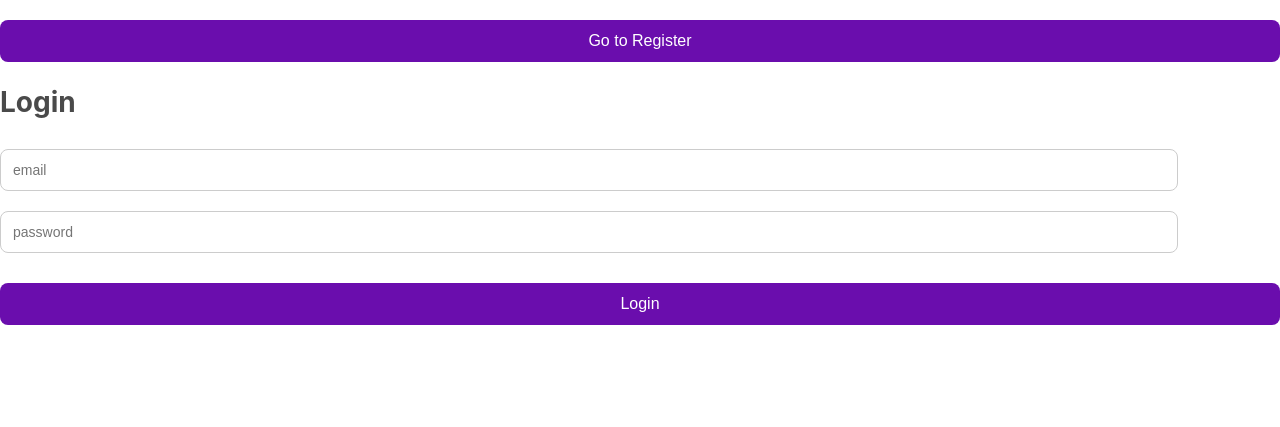
Repository: aab232/https---github.com-aab232-Deferred-Payment-Platform
Page: / (app in frontend/)
The author's editor kept a copy of each file at every save. The page is drawn from the files as they stood at one save, then again after the next save.
The browser window is 1280 px wide. The pictures show the whole page.
The project was rebuilt for these pictures with package versions that can differ from the ones it lists, and the page was loaded fresh each time. Also part of the build but not shown: frontend/src/components/Register.js.

Above is the page before, as saved 2025-03-14 00:47:15.

### frontend/src/App.js
import React, { useState } from "react";
import Register from "./components/Register";
import Login from "./components/Login";

const App = () => {
    const [showLogin, setShowLogin] = useState(true);

    return (
        <div>
            <button onClick={() => setShowLogin(!showLogin)}>
                {showLogin ? "Go to Register" : "Go to Login"}
            </button>
            {showLogin ? <Login /> : <Register />}
        </div>
    );
};

export default App;

### frontend/src/components/Login.js
import React, { useState } from "react";
import axios from "axios";
import "./Login.css"; // Import the CSS for Login page

const Login = () => {
    const [formData, setFormData] = useState({
        email: "",
        password: "",
    });

    const handleChange = (e) => {
        setFormData({ ...formData, [e.target.name]: e.target.value });
    };

    const handleSubmit = async (e) => {
        e.preventDefault();
        try {
            const response = await axios.post("http://localhost:5000/login", formData);
            alert(response.data.message);
        } catch (error) {
            alert(error.response?.data.message || "Login failed.");
        }
    };

    return (
        <div className="container">
            <h2>Login</h2>
            <form onSubmit={handleSubmit}>
                {Object.keys(formData).map((field) => (
                    <input
                        key={field}
                        type={field === "password" ? "password" : "text"}
                        name={field}
                        placeholder={field}
                        value={formData[field]}
                        onChange={handleChange}
                        required
                    />
                ))}
                <button type="submit">Login</button>
            </form>
        </div>
    );
};

export default Login;

### frontend/src/components/Register.css
/* frontend/src/components/Register.css */
.form-container {
    max-width: 500px;
    margin: 50px auto;
    padding: 2.5rem;
    border-radius: 16px;
    box-shadow: 0 8px 32px rgba(0, 0, 0, 0.15);
    background: #fff5f7; /* Soft pink background for fun vibe */
    text-align: center;
}

h2 {
    color: #4A4A4A;
    margin-bottom: 20px;
    font-size: 28px;
}

input {
    width: 90%;
    padding: 12px;
    margin: 10px 0;
    border: 1px solid #ccc;
    border-radius: 8px;
    font-size: 14px;
}

button {
    width: 100%;
    padding: 12px;
    margin-top: 20px;
    background-color: #ff69b4; /* Fun pink */
    color: white;
    border: none;
    border-radius: 8px;
    cursor: pointer;
    font-size: 16px;
}

button:hover {
    background-color: #e0579d; /* Slightly darker pink */
}

### frontend/src/components/Login.css
/* frontend/src/components/Login.css */
.form-container {
    max-width: 400px;
    margin: 50px auto;
    padding: 2rem;
    border-radius: 16px;
    box-shadow: 0 8px 32px rgba(0, 0, 0, 0.15);
    background: #ffffff;
    text-align: center;
}

h2 {
    color: #4A4A4A;
    margin-bottom: 20px;
    font-size: 28px;
}

input {
    width: 90%;
    padding: 12px;
    margin: 10px 0;
    border: 1px solid #ccc;
    border-radius: 8px;
    font-size: 14px;
}

button {
    width: 100%;
    padding: 12px;
    margin-top: 20px;
    background-color: #6A0DAD; /* Chic purple */
    color: white;
    border: none;
    border-radius: 8px;
    cursor: pointer;
    font-size: 16px;
}

button:hover {
    background-color: #520b84; /* Darker purple */
}

Loaded but not shown: frontend/public/index.html (common file); frontend/src/index.js (common file); frontend/src/index.css (common file); frontend/src/reportWebVitals.js (common file)

After the next save:
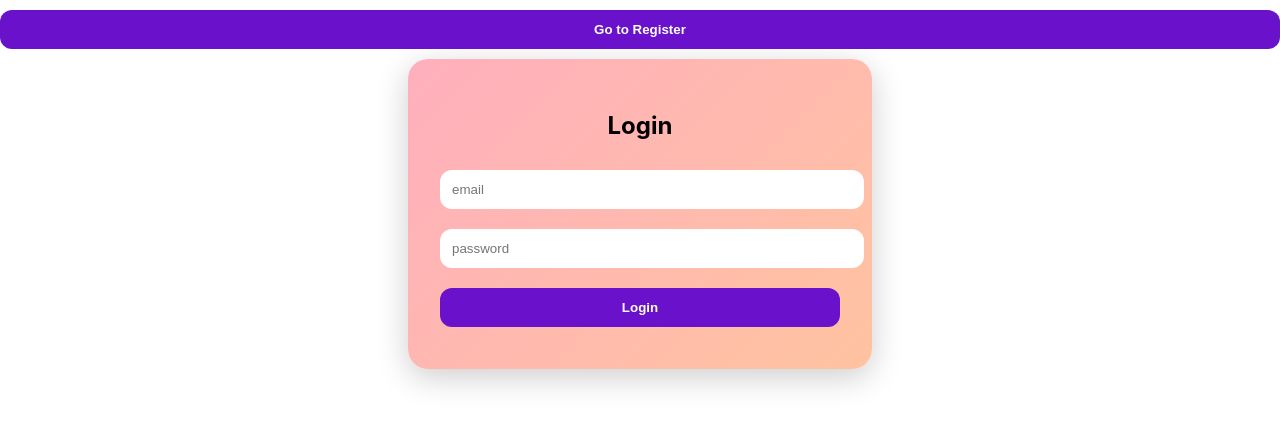
Saved 1 s later.
--- a/frontend/src/components/Register.css
+++ b/frontend/src/components/Register.css
@@ -1,41 +1,30 @@
-/* frontend/src/components/Register.css */
+/* Styling for the Registration Form */
 .form-container {
-    max-width: 500px;
-    margin: 50px auto;
-    padding: 2.5rem;
-    border-radius: 16px;
-    box-shadow: 0 8px 32px rgba(0, 0, 0, 0.15);
-    background: #fff5f7; /* Soft pink background for fun vibe */
+    max-width: 400px;
+    margin: auto;
+    padding: 2rem;
+    background: linear-gradient(135deg, #ffafbd, #ffc3a0);
+    border-radius: 20px;
+    box-shadow: 0 8px 32px rgba(0, 0, 0, 0.2);
     text-align: center;
-}
+  }
 
-h2 {
-    color: #4A4A4A;
-    margin-bottom: 20px;
-    font-size: 28px;
-}
+  input, button {
+    margin: 10px 0;
+    padding: 12px;
+    width: 100%;
+    border-radius: 12px;
+    border: none;
+  }
 
-input {
-    width: 90%;
-    padding: 12px;
-    margin: 10px 0;
-    border: 1px solid #ccc;
-    border-radius: 8px;
-    font-size: 14px;
-}
+  button {
+    background-color: #6a11cb;
+    color: white;
+    font-weight: bold;
+    cursor: pointer;
+  }
 
-button {
-    width: 100%;
-    padding: 12px;
-    margin-top: 20px;
-    background-color: #ff69b4; /* Fun pink */
-    color: white;
-    border: none;
-    border-radius: 8px;
+  p {
     cursor: pointer;
-    font-size: 16px;
-}
-
-button:hover {
-    background-color: #e0579d; /* Slightly darker pink */
-}
+    color: #6a11cb;
+  }
--- a/frontend/src/components/Login.css
+++ b/frontend/src/components/Login.css
@@ -1,41 +1,30 @@
-/* frontend/src/components/Login.css */
-.form-container {
+/* Styling for the Login Form */
+.container {
     max-width: 400px;
-    margin: 50px auto;
+    margin: auto;
     padding: 2rem;
-    border-radius: 16px;
-    box-shadow: 0 8px 32px rgba(0, 0, 0, 0.15);
-    background: #ffffff;
+    background: linear-gradient(135deg, #ffafbd, #ffc3a0);
+    border-radius: 20px;
+    box-shadow: 0 8px 32px rgba(0, 0, 0, 0.2);
     text-align: center;
-}
+  }
 
-h2 {
-    color: #4A4A4A;
-    margin-bottom: 20px;
-    font-size: 28px;
-}
+  input, button {
+    margin: 10px 0;
+    padding: 12px;
+    width: 100%;
+    border-radius: 12px;
+    border: none;
+  }
 
-input {
-    width: 90%;
-    padding: 12px;
-    margin: 10px 0;
-    border: 1px solid #ccc;
-    border-radius: 8px;
-    font-size: 14px;
-}
+  button {
+    background-color: #6a11cb;
+    color: white;
+    font-weight: bold;
+    cursor: pointer;
+  }
 
-button {
-    width: 100%;
-    padding: 12px;
-    margin-top: 20px;
-    background-color: #6A0DAD; /* Chic purple */
-    color: white;
-    border: none;
-    border-radius: 8px;
+  p {
     cursor: pointer;
-    font-size: 16px;
-}
-
-button:hover {
-    background-color: #520b84; /* Darker purple */
-}
+    color: #6a11cb;
+  }
